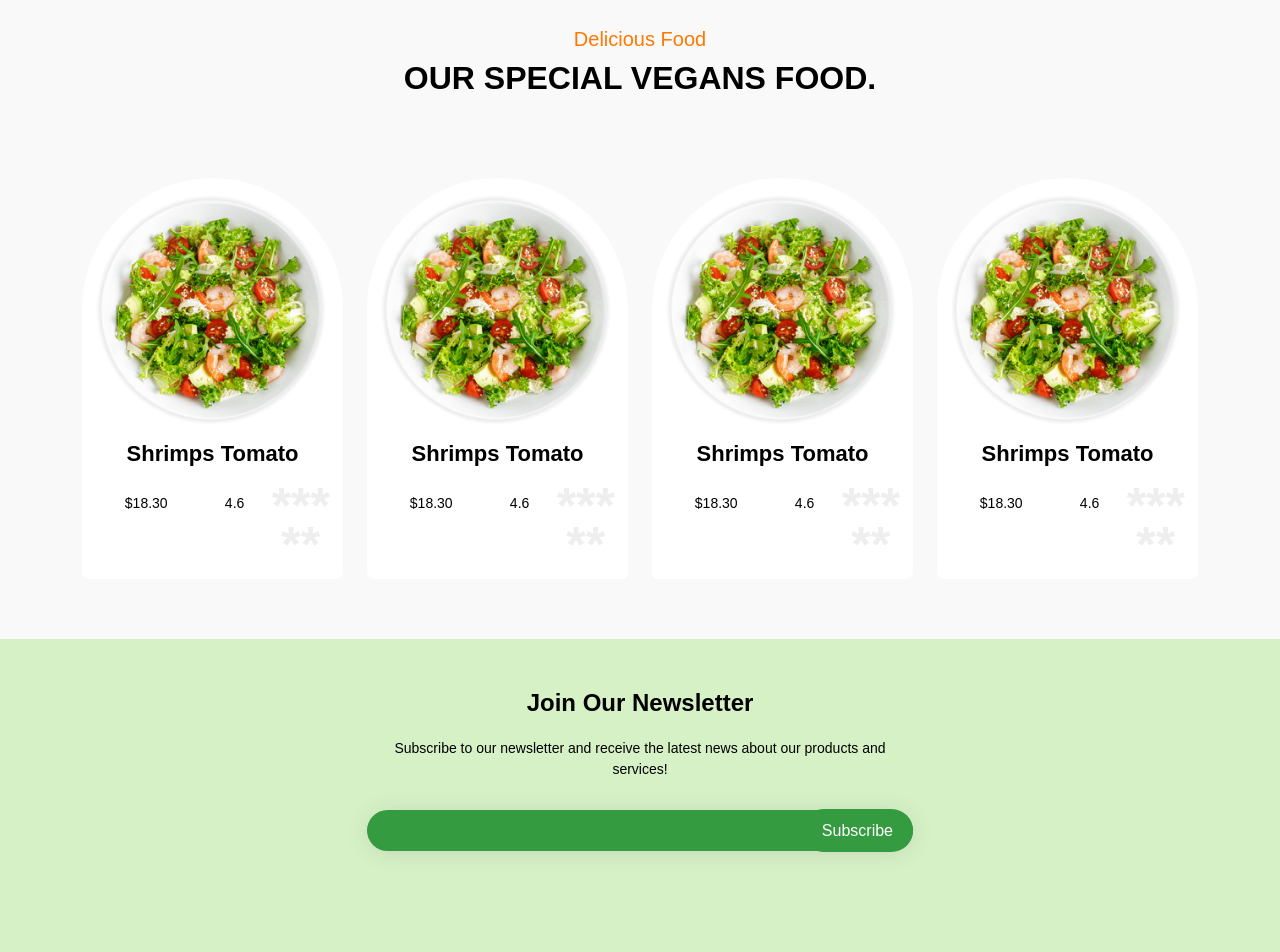
Repository: junivig/volt-new-project
Page: index.html
These files come from the project's save history. The page is drawn as it stood at one moment and after the next save; the edit follows.
The browser window is 1280 px wide. The pictures show the part of the page from y = 1866 to 2818 px (the page is 3093 px tall).

Above is the page before, as saved 2025-01-30 12:36:02.

After the next save:
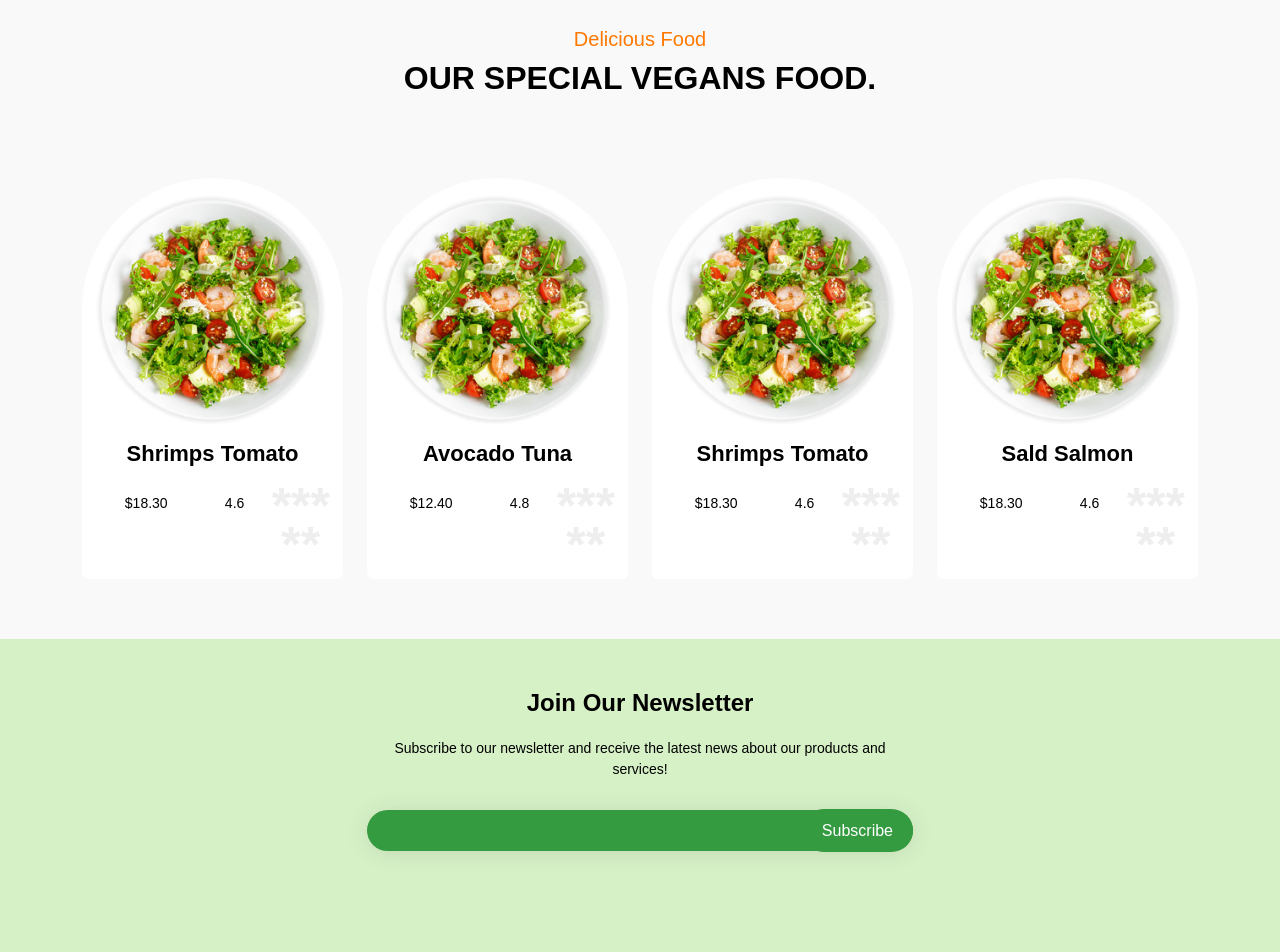
Saved 45 s later.
--- a/index.html
+++ b/index.html
@@ -352,6 +352,27 @@
                   <div class="">
                     <img src="assets/img/menu-one.png" class="img-fluid " alt="">
                   </div>
+                    <h3>Avocado Tuna</h3>
+                  <div class="row mt-4">
+                    <div class="col-6">
+                      <p>$12.40</p>
+                    </div>
+                    <div class="col-2">
+                      <p>4.8</p>
+                    </div>
+                    <div class="col-4 px-0">
+                      <span class="star">***</span>
+                      <span class="star">**</span>
+                    </div>
+                  </div>
+                </div>
+              </div><!-- End Service Item -->
+
+              <div class="col-lg-3 col-md-6" data-aos="fade-up" data-aos-delay="100">
+                <div class="service-item position-relative">
+                  <div class="">
+                    <img src="assets/img/menu-one.png" class="img-fluid " alt="">
+                  </div>
                     <h3>Shrimps Tomato</h3>
                   <div class="row mt-4">
                     <div class="col-6">
@@ -373,28 +394,7 @@
                   <div class="">
                     <img src="assets/img/menu-one.png" class="img-fluid " alt="">
                   </div>
-                    <h3>Shrimps Tomato</h3>
-                  <div class="row mt-4">
-                    <div class="col-6">
-                      <p>$18.30</p>
-                    </div>
-                    <div class="col-2">
-                      <p>4.6</p>
-                    </div>
-                    <div class="col-4 px-0">
-                      <span class="star">***</span>
-                      <span class="star">**</span>
-                    </div>
-                  </div>
-                </div>
-              </div><!-- End Service Item -->
-
-              <div class="col-lg-3 col-md-6" data-aos="fade-up" data-aos-delay="100">
-                <div class="service-item position-relative">
-                  <div class="">
-                    <img src="assets/img/menu-one.png" class="img-fluid " alt="">
-                  </div>
-                    <h3>Shrimps Tomato</h3>
+                    <h3>Sald Salmon</h3>
                   <div class="row mt-4">
                     <div class="col-6">
                       <p>$18.30</p>
